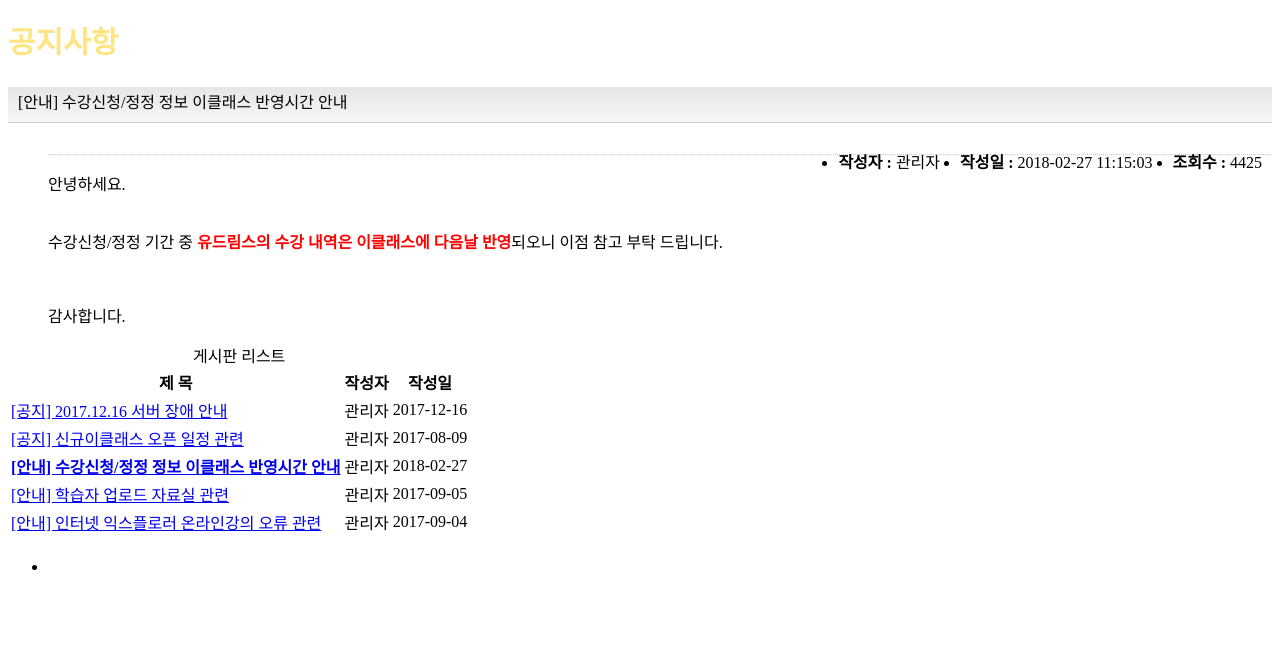
Repository: CSID-DGU/2019-1-CECD3-FFChain-2
Page: http://localhost/icip.app/WEB-INF/jsp/icip/notice/noticeView.jsp
The author's editor kept a copy of each file at every save. The page is drawn from the files as they stood at one save, then again after the next save.
The browser window is 1280 px wide. The pictures show the whole page.
The page is served by Tomcat 9. Nobody is signed in. Other server files are loaded and not shown. The template is opened directly, without the code that normally fills it, so the values that code supplies are empty.

Above is the page before, as saved 2019-08-19 11:31:25.

### icip.app/src/main/webapp/WEB-INF/jsp/icip/notice/noticeView.jsp
<%@ page contentType="text/html; charset=utf-8" pageEncoding="utf-8"%>
<%@ taglib prefix="fmt" uri="http://java.sun.com/jsp/jstl/fmt"%>
<%@ taglib prefix="c" uri="http://java.sun.com/jsp/jstl/core"%>
<%@ taglib prefix="form" uri="http://www.springframework.org/tags/form"%>
<%@ taglib uri="http://java.sun.com/jsp/jstl/functions" prefix="fn"%>
<%@ taglib prefix="spring" uri="http://www.springframework.org/tags"%>
<!DOCTYPE html PUBLIC "-//W3C//DTD HTML 4.01 Transitional//EN" "http://www.w3.org/TR/html4/loose.dtd">
<html>
<head>
</head>
<style>
#listBox div.listContent > dd > ul > li
{
    float: left;
    margin-right: 20px;
}
#listBox div.listContent dd.info {
    padding: 0 10px;
    border-bottom: 1px dotted #cdcdcd;
    height:15px;
    line-height:15px;
}
#listBox div.listContent dt {
    padding: 5px 10px;
    border-bottom: 1px solid #cdcdcd;
    line-height: 22px;
    min-height: 25px;
    background: #e6e6e6;
    background: -webkit-gradient(linear, 0 0, 0 bottom, from(#e6e6e6), to(#f6f6f6));
    background: -webkit-linear-gradient(#e6e6e6, #f6f6f6);
    background: -moz-linear-gradient(#e6e6e6, #f6f6f6);
    background: -ms-linear-gradient(#e6e6e6, #f6f6f6);
    background: -o-linear-gradient(#e6e6e6, #f6f6f6);
    background: linear-gradient(#e6e6e6, #f6f6f6);
}
</style>
<body>
<div style = "padding-top: 10px; font-size:30px; padding-bottom:25px; color : #fde585; font-weight:bold " >
공지사항
</div>
<div id="listBox">
				<div class="listContent">
				<dt>
						 [안내] 수강신청/정정 정보 이클래스 반영시간 안내
				</dt>
						<dd class="info">
							<ul class="fl ml10">
							</ul>
							<ul class="fr mr10" style="float:right;">
							<li><b>작성자 :</b> <span id="suserinfo" style="" onclick="javascript:learnerInfo('admin1');">관리자</span></li>
							<li><b>작성일 :</b> 2018-02-27 11:15:03</li>
							<li class="m0" style="margin-right:0px"><b>조회수 :</b> 4425</li>
							</ul>
						</dd>
						<dd>
							<div class="cont"><p>안녕하세요. </p><p><br>수강신청/정정 기간 중 <strong><span style="color: rgb(255, 0, 0);">유드림스의 수강 내역은 </span><font color="#ff0000">이클래스에 다음날 반영</font></strong>되오니 이점 참고 부탁 드립니다.</p><p><br></p><p>감사합니다.<br></p></div>

						</dd>
						</dl>

							<div class="answerArea">

						</div>
					</div>

						<div id="listBox">
						</div><table class="boardListBasic" summary="게시판 리스트입니다.">
							<caption>게시판 리스트</caption>
							<thead>
								<tr class="odd-row">
									<th class="first">제 목</th>
									<th>작성자</th>
									<th class="last">작성일</th>
								</tr>
							</thead>
							<tbody>

									<tr class="odd-row">
											<td class="textLeft first">
												<div style="margin-left: 0px;" align="absmiddle" alt="">
													<a href="#;" onclick="javascript:moveBoardView('BOAD_171216110316331d7655', '0')">

															[공지] 2017.12.16 서버 장애 안내
													</a>
												</div>
											</td>
											<td>
												관리자
											</td>
											<td class="last">
												2017-12-16
											</td>
										</tr>

										<tr>
											<td class="textLeft first">
												<div style="margin-left: 0px;" align="absmiddle" alt="">
													<a href="#;" onclick="javascript:moveBoardView('BOAD_170809131412cfe20003', '0')">

															[공지] 신규이클래스 오픈 일정 관련
													</a>
												</div>
											</td>
											<td>
												관리자
											</td>
											<td class="last">
												2017-08-09
											</td>
										</tr>
										<tr class="odd-row">
											<td class="textLeft first">
												<div style="margin-left: 0px;" align="absmiddle" alt="">
													<a href="#;" onclick="javascript:moveBoardView('BOAD_180227111503550900e1', '0')">

															<b><i class="icon-arrow-small-black"></i>[안내] 수강신청/정정 정보 이클래스 반영시간 안내</b>
													</a>
												</div>
											</td>
											<td>
												관리자
											</td>
											<td class="last">
												2018-02-27
											</td>
										</tr>

										<tr>
											<td class="textLeft first">
												<div style="margin-left: 0px;" align="absmiddle" alt="">
													<a href="#;" onclick="javascript:moveBoardView('BOAD_170905182259ef57201b', '0')">

															[안내] 학습자 업로드 자료실 관련
													</a>
												</div>
											</td>
											<td>
												관리자
											</td>
											<td class="last">
												2017-09-05
											</td>
										</tr>

										<tr class="odd-row">
											<td class="textLeft first">
												<div style="margin-left: 0px;" align="absmiddle" alt="">
													<a href="#;" onclick="javascript:moveBoardView('BOAD_170904164429ea1c03c0', '0')">

															[안내] 인터넷 익스플로러 온라인강의 오류 관련
													</a>
												</div>
											</td>
											<td>
												관리자
											</td>
											<td class="last">
												2017-09-04
											</td>
										</tr>
							</tbody>
						</table>
						<ul class="btnBox">
								<li style =" padding-left : 500px">
									<a class="btn small" href="noticeList.do" style="color: white;">
										<i class="icon-report-small-color"></i>
										목 록
									</a>
								</li>
							</ul>
<script>
//목록
function fn_cancel(){

    var form = document.getElementById("viewForm");

    form.action = "<c:url value='noticeList.do'/>";
    form.submit();

}

//수정
function fn_update(){

    var form = document.getElementById("viewForm");

    form.action = "<c:url value='updateNotice.do'/>";
    form.submit();
}
</script>
</div>
</body>
</html>

After the next save:
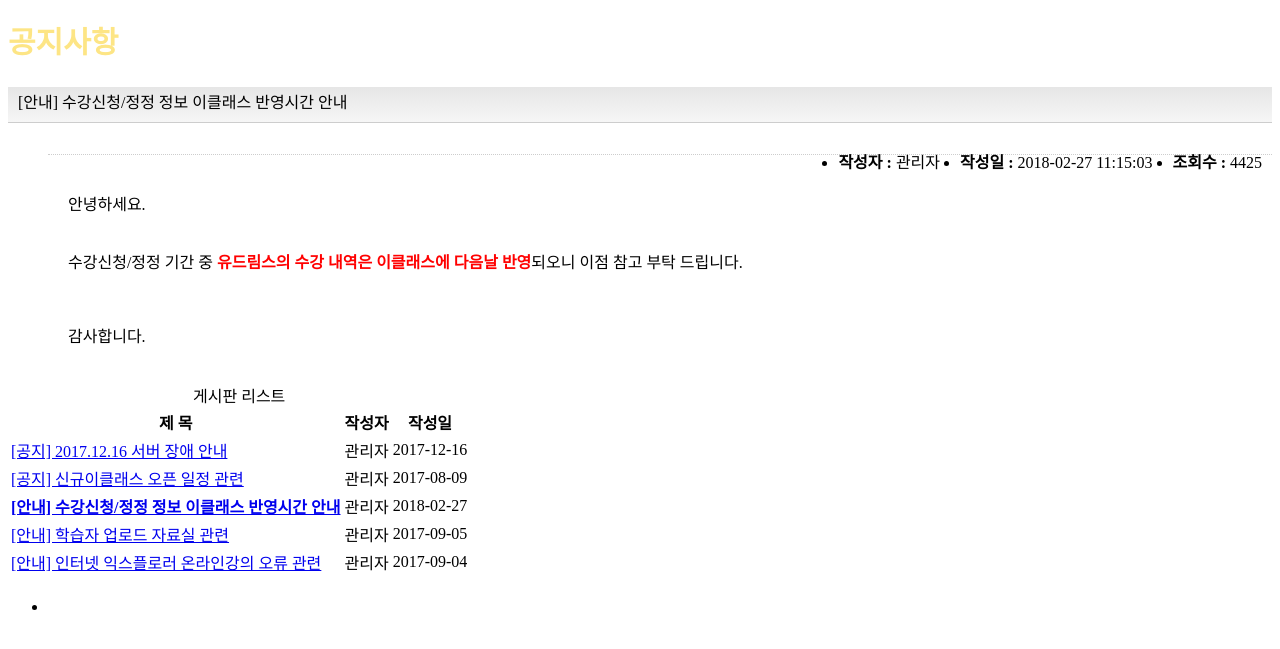
Saved 67 s later.
--- a/icip.app/src/main/webapp/WEB-INF/jsp/icip/notice/noticeView.jsp
+++ b/icip.app/src/main/webapp/WEB-INF/jsp/icip/notice/noticeView.jsp
@@ -32,6 +32,10 @@
     background: -ms-linear-gradient(#e6e6e6, #f6f6f6);
     background: -o-linear-gradient(#e6e6e6, #f6f6f6);
     background: linear-gradient(#e6e6e6, #f6f6f6);
+}
+div.cont
+{
+padding:20px;
 }
 </style>
 <body>
